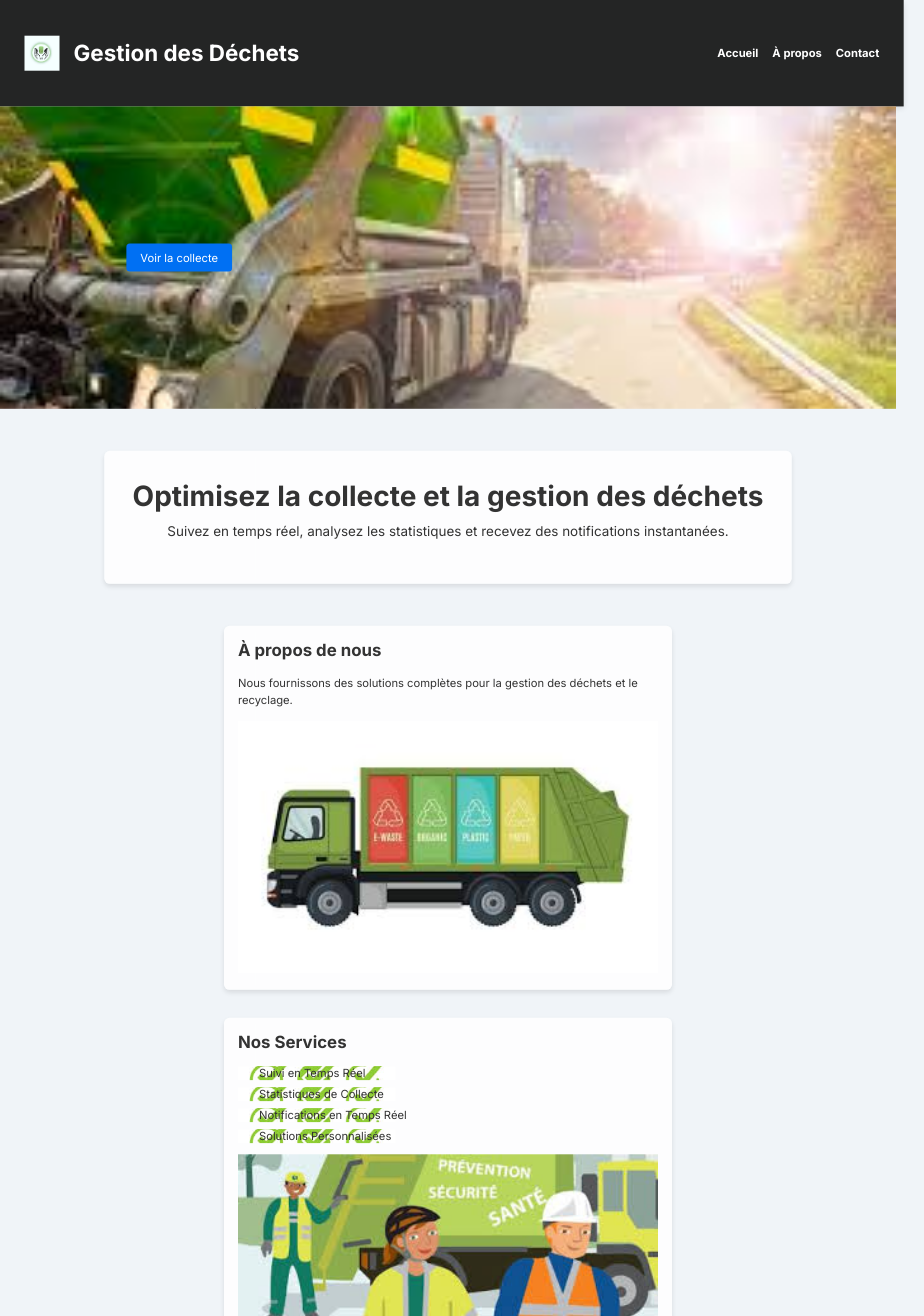
Repository: SystemInfoGeo/QGISproject
Page: / (app in NEXT/)
The author's editor kept a copy of each file at every save. The page is drawn from the files as they stood at one save, then again after the next save.
The browser window is 1280 px wide. The page is 1320 px wide, so the pictures cover 1320 px, including what lies to the right of the window. The pictures show the part of the page from y = 0 to 1880 px (the page is 2753 px tall), at 70% of full size.
The project was rebuilt for these pictures with package versions that can differ from the ones it lists, and the page was loaded fresh each time. The framework's server and built-in components were replaced by stand-ins that run in the browser. Also part of the build but not shown: NEXT/next.config.mjs.

Above is the page before, as saved 2024-06-21 17:32:51.

### NEXT/app/layout.tsx
import type { Metadata } from 'next';
import { Inter } from 'next/font/google';
import './globals.css';

const inter = Inter({ subsets: ['latin'] });

export const metadata: Metadata = {
  title: 'Gestion de la Collecte des Déchets',
  description: 'Application de gestion de la collecte des déchets',
};

export default function RootLayout({
  children,
}: Readonly<{
  children: React.ReactNode;
}>) {
  return (
    <html lang="fr">
      <body className={inter.className}>{children}</body>
    </html>
  );
}

### NEXT/app/page.tsx
'use client';

import { useRouter } from 'next/navigation';
import Image from 'next/image';
import styles from './page.module.css';

export default function Home() {
  const router = useRouter();

  const navigateToCollect = () => {
    router.push('collect');
  };

  return (
    <div className={styles.container}>
      <header className={styles.header}>
        <div className={styles.logoContainer}>
          <Image src="/images/logo.jpg" alt="Logo" width={50} height={50} />
          <h1>Gestion des Déchets</h1>
        </div>
        <nav className={styles.nav}>
          <ul>
            <li><a href="#">Accueil</a></li>
            <li><a href="#about">À propos</a></li>
            <li><a href="#contact">Contact</a></li>
          </ul>
        </nav>
      </header>
      <section className={styles.backgroundSection}>
        <button className={styles.backgroundButton} onClick={navigateToCollect}>Voir la collecte</button>
      </section>
      <main className={styles.main}>
        <section className={styles.hero}>
          <h2>Optimisez la collecte et la gestion des déchets</h2>
          <p>Suivez en temps réel, analysez les statistiques et recevez des notifications instantanées.</p>
        </section>
        <section className={styles.section} id="about">
          <h2>À propos de nous</h2>
          <p>Nous fournissons des solutions complètes pour la gestion des déchets et le recyclage.</p>
          <Image src="/images/img2.jpg" alt="Camion de collecte" width={600} height={400} />
        </section>
        <section className={styles.section} id="services">
          <h2>Nos Services</h2>
          <ul>
            <li>Suivi en Temps Réel</li>
            <li>Statistiques de Collecte</li>
            <li>Notifications en Temps Réel</li>
            <li>Solutions Personnalisées</li>
          </ul>
          <Image src="/images/img1.jpg" alt="Services de gestion des déchets" width={600} height={400} />
        </section>
        <section className={styles.section} id="impact">
          <h2>Impact des Déchets</h2>
          <blockquote>
            "La gestion des déchets est cruciale pour protéger notre environnement et notre santé."
          </blockquote>
          <p>Les déchets non gérés correctement peuvent entraîner des conséquences graves pour l'environnement, notamment la pollution de l'air, de l'eau et des sols. La collecte et le recyclage efficaces des déchets réduisent l'empreinte carbone, préservent les ressources naturelles et protègent la biodiversité.</p>
          <Image src="/images/img3.jpg" alt="Impact des déchets" width={600} height={400} />
        </section>
      </main>
      <footer className={styles.footer} id="contact">
        <p>&copy; 2024 Gestion des Déchets. Tous droits réservés.</p>
        <p>Contact: <a href="mailto:contact@gestiondechets.com">contactez_nous@gestiondechets.com</a></p>
      </footer>
    </div>
  );
}

### NEXT/app/globals.css
/* app/globals.css */

body {
  font-family: Arial, sans-serif;
  margin: 0;
  padding: 0;
  box-sizing: border-box;
  background-color: #f0f4f8;
}

h1, h2, h3 {
  font-family: 'Inter', sans-serif;
}

p {
  line-height: 1.6;
  margin: 0 0 1em;
}

a {
  color: #0070f3;
  text-decoration: none;
}

a:hover {
  text-decoration: underline;
}

img {
  max-width: 100%;
  height: auto;
}

button {
  font-family: 'Inter', sans-serif;
  cursor: pointer;
}

blockquote {
  font-style: italic;
  color: #555;
  border-left: 4px solid #4caf50;
  padding-left: 20px;
  margin: 10px 0;
}

### NEXT/app/page.module.css
/* app/page.module.css */

.container {
  display: flex;
  flex-direction: column;
  min-height: 100vh;
  color: #333;
  position: relative;
  z-index: 1;
}

.header {
  display: flex;
  justify-content: space-between;
  align-items: center;
  padding: 35px;
  background-color: rgba(0, 0, 0, 0.85);
  color: white;
  width: 95.4%;
  box-shadow: 0 4px 8px rgba(0, 0, 0, 0.1);
  backdrop-filter: blur(5px);
}

.logoContainer {
  display: flex;
  align-items: center;
}

.logoContainer h1 {
  margin-left: 20px;
}

.nav ul {
  list-style: none;
  display: flex;
  gap: 20px;
}

.nav ul li {
  margin: 0;
}

.nav ul li a {
  color: white;
  text-decoration: none;
  font-weight: bold;
}

.nav ul li a:hover {
  text-decoration: underline;
}

.backgroundSection {
  background: url('/images/back.jpeg') no-repeat center center;
  background-size: cover;
  width: 100%;
  height: 60vh;
  display: flex;
  justify-content: center;
  align-items: center;
  position: relative;
}

.backgroundButton {
  position: absolute;
  left: 20%;
  top: 50%;
  transform: translate(-50%, -50%);
  padding: 10px 20px;
  background-color: #0070f3;
  color: #fff;
  border: none;
  cursor: pointer;
  border-radius: 5px;
  font-size: 1em;
}

.backgroundButton:hover {
  background-color: #005bb5;
}

.main {
  padding: 20px;
  flex: 1;
  display: flex;
  flex-direction: column;
  align-items: center;
}

.hero {
  text-align: center;
  margin: 40px 0;
  background: rgba(255, 255, 255, 0.85);
  padding: 40px;
  border-radius: 8px;
  box-shadow: 0 4px 8px rgba(0, 0, 0, 0.1);
}

.hero h2 {
  font-size: 2.5em;
  margin: 0;
}

.hero p {
  font-size: 1.2em;
  margin: 10px 0 20px;
}

.section {
  background: rgba(255, 255, 255, 0.85);
  padding: 20px;
  margin: 20px;
  border-radius: 8px;
  width: 100%;
  max-width: 600px;
  box-shadow: 0 4px 8px rgba(0, 0, 0, 0.1);
}

.section h2 {
  margin-top: 0;
}

.section ul {
  list-style: none;
  padding: 0;
}

.section ul li {
  background: url('/images/check.jpg') no-repeat left center;
  padding-left: 30px;
  margin: 10px 0;
}

.section blockquote {
  font-style: italic;
  color: #555;
  border-left: 4px solid #4caf50;
  padding-left: 20px;
  margin: 10px 0;
}

.button {
  padding: 10px 20px;
  background-color: #0070f3;
  color: #fff;
  border: none;
  cursor: pointer;
  border-radius: 5px;
  font-size: 1em;
}

.button:hover {
  background-color: #005bb5;
}

.footer {
  text-align: center;
  padding: 20px;
  background-color: rgba(51, 51, 51, 0.85);
  color: white;
  width: 100%;
  position: relative;
  z-index: 1;
}

.footer a {
  color: #4caf50;
  text-decoration: none;
}

.footer a:hover {
  text-decoration: underline;
}

After the next save:
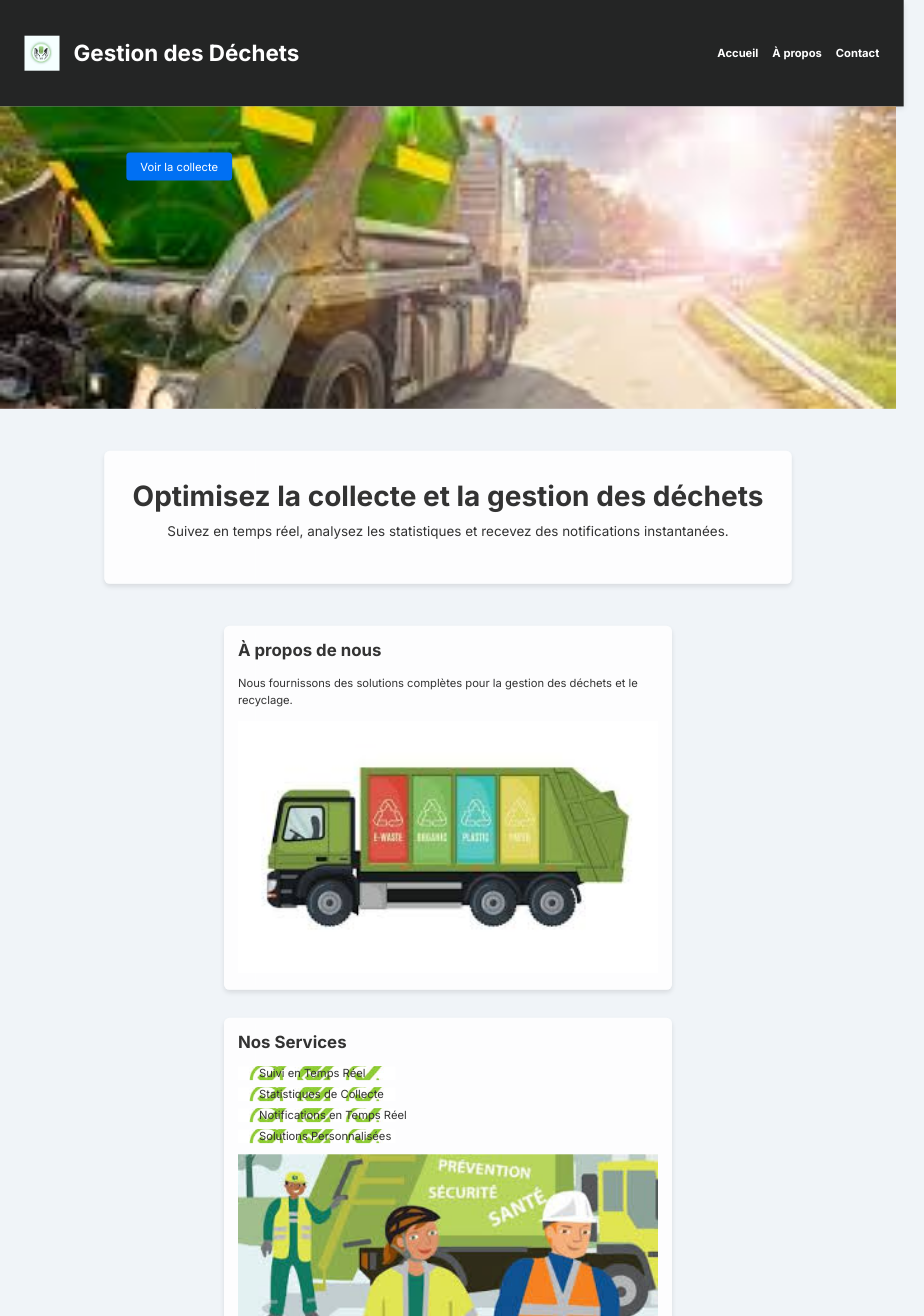
Saved 72 s later.
--- a/NEXT/app/page.module.css
+++ b/NEXT/app/page.module.css
@@ -64,7 +64,7 @@
 .backgroundButton {
   position: absolute;
   left: 20%;
-  top: 50%;
+  top: 20%;
   transform: translate(-50%, -50%);
   padding: 10px 20px;
   background-color: #0070f3;
